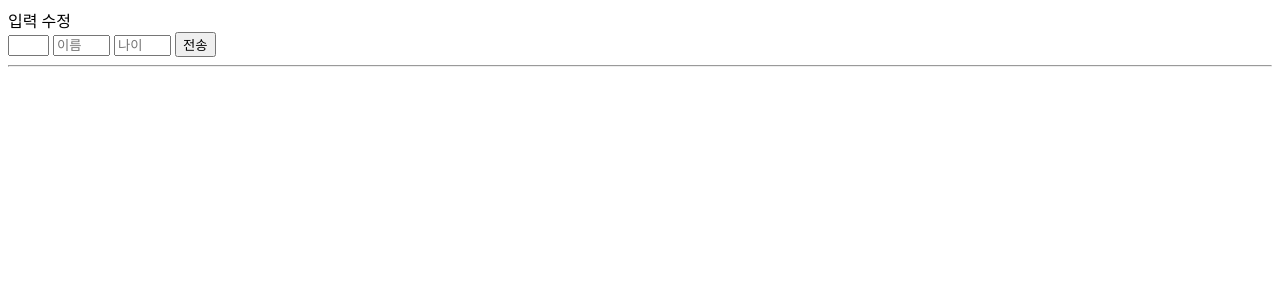
Repository: shbaksa/study
Page: http://localhost/mw_0615/java_script/multi_input.jsp
An editor plug-in stored every save of this project. The page is shown before and after the next save, followed by the edit.
The browser window is 1280 px wide. The pictures show the whole page.
The page is served by Tomcat 9. Queries for data that is not in the repository find no rows.

Above is the page before, as saved 2022-06-15 06:32:29.

### mw_0615/src/main/webapp/java_script/multi_input.jsp
<%@ page language="java" contentType="text/html; charset=UTF-8"
    pageEncoding="UTF-8"%>
<!DOCTYPE html>
<%@ page import="java.sql.*" %>
<html>
<head>
<meta charset="UTF-8">
<title>Insert title here</title>

	<%
	// DB연결
	Class.forName("com.mysql.jdbc.Driver");
	String db = "jdbc:mysql://localhost:3306/first";
	Connection conn = DriverManager.getConnection(db, "root", "1234");

	String sql = "select * from multi";
	PreparedStatement pstmt = conn.prepareStatement(sql);
	ResultSet rs = pstmt.executeQuery();

	%>
</head>
<script>
	function chg(n) {

		if(n==0) // 입력모드
		{
			document.pkc.action="multi_input_ok.jsp";
			document.pkc.submit.value="전송";
		}
		else	// 수정모드
			{
			document.pkc.action="multi_update_ok.jsp";
			document.pkc.submit.value="수정";
			}
	}

</script>
<body>	<!-- 0615/mulit_input.jsp : mulit 테이블에 이름과 나이를 입력하는 폼 -->

	<!-- 하나로 합친 폼 : action을 변경, submit의 value도 변경 -->
	<span onclick="chg(0)"> 입력 </span>
	<span onclick="chg(1)"> 수정 </span>
	<form name="pkc" method="post" action="multi_input_ok.jsp">
	<input type="text" name="id" size="2">
	<input type="text" name="name" placeholder="이름" size="4">
	<input type="text" name="age" placeholder="나이" size="4">
	<input type="submit" name="submit" value="전송">
	</form>

	<hr>


	<%-- <form method="post" action="multi_input_ok.jsp">
	<input type="text" name="name" placeholder="이름" size="4">
	<input type="text" name="age" placeholder="나이" size="4">
	<input type="submit" value="전송">
	</form>
	<hr>
	<% while(rs.next()) { %>
	<span><%=rs.getInt("id") %></span>
	<span><%=rs.getString("name") %> </span>
	<span><%=rs.getString("age") %></span> <p>
	<% } %>
	<hr>
	<form method="post" action="multi_update_ok.jsp">
	<input type="text" name="id" size="2">
	<input type="text" name="name" placeholder="이름" size="4" >
	<input type="text" name="age" placeholder="나이" size="4">
	<input type="submit" value="저장">
	</form> --%>

</body>
</html>

After the next save:
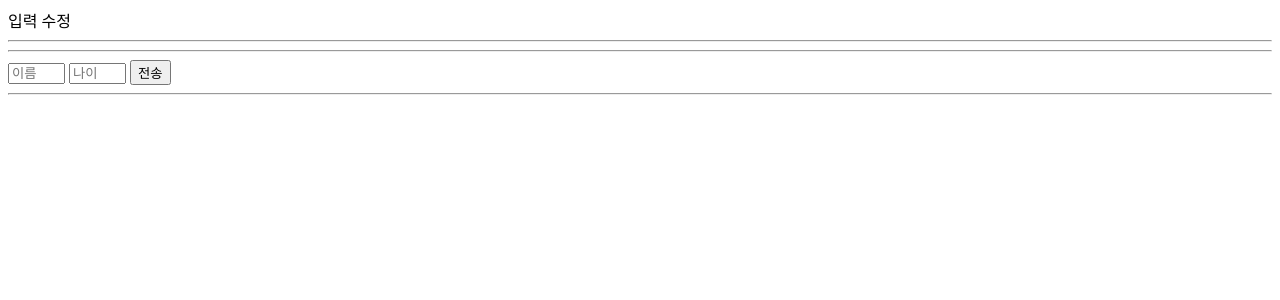
Saved 35 s later.
--- a/mw_0615/src/main/webapp/java_script/multi_input.jsp
+++ b/mw_0615/src/main/webapp/java_script/multi_input.jsp
@@ -40,21 +40,15 @@
 	<!-- 하나로 합친 폼 : action을 변경, submit의 value도 변경 -->
 	<span onclick="chg(0)"> 입력 </span>
 	<span onclick="chg(1)"> 수정 </span>
+
+	<!--
 	<form name="pkc" method="post" action="multi_input_ok.jsp">
 	<input type="text" name="id" size="2">
 	<input type="text" name="name" placeholder="이름" size="4">
 	<input type="text" name="age" placeholder="나이" size="4">
 	<input type="submit" name="submit" value="전송">
-	</form>
+	</form> -->
 
-	<hr>
-
-
-	<%-- <form method="post" action="multi_input_ok.jsp">
-	<input type="text" name="name" placeholder="이름" size="4">
-	<input type="text" name="age" placeholder="나이" size="4">
-	<input type="submit" value="전송">
-	</form>
 	<hr>
 	<% while(rs.next()) { %>
 	<span><%=rs.getInt("id") %></span>
@@ -62,12 +56,16 @@
 	<span><%=rs.getString("age") %></span> <p>
 	<% } %>
 	<hr>
-	<form method="post" action="multi_update_ok.jsp">
-	<input type="text" name="id" size="2">
-	<input type="text" name="name" placeholder="이름" size="4" >
+
+
+	<form method="post" action="multi_input_ok.jsp">
+	<input type="text" name="name" placeholder="이름" size="4">
 	<input type="text" name="age" placeholder="나이" size="4">
-	<input type="submit" value="저장">
-	</form> --%>
+	<input type="submit" name="submit" value="전송">
+	</form>
+	<hr>
+
+
 
 </body>
 </html>
